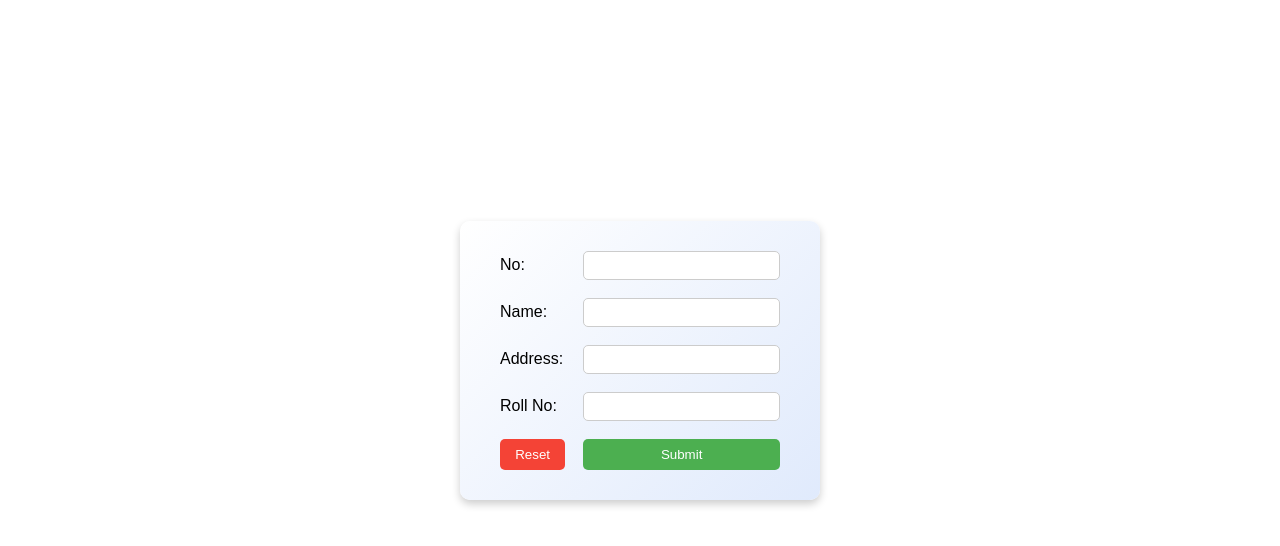
Repository: munnakumar046/eclipse-workspace
Page: DBApp/WebContent/form.html
An editor plug-in stored every save of this project. The page is shown before and after the next save, followed by the edit.
The browser window is 1280 px wide. The pictures show the whole page.

Above is the page before, as saved 2024-11-07 16:29:24.

After the next save:
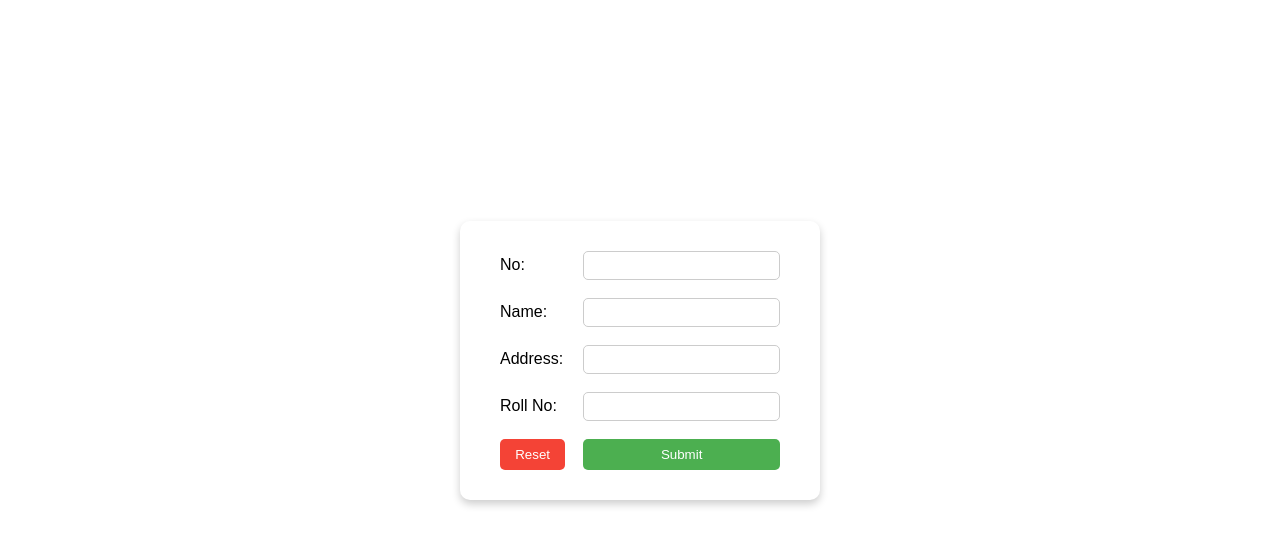
Saved 56 s later.
--- a/DBApp/WebContent/form.html
+++ b/DBApp/WebContent/form.html
@@ -18,7 +18,7 @@
 
         /* Form container styling */
         .form-container {
-            background: linear-gradient(135deg, #ffffff, #e0eafc); /* Subtle gradient for the form background */
+            background: linear-gradient("yellow", "red"); /* Subtle gradient for the form background */
             padding: 20px 30px;
             border-radius: 10px;
             box-shadow: 0 4px 8px rgba(0, 0, 0, 0.2);

After the 2 saves that followed:
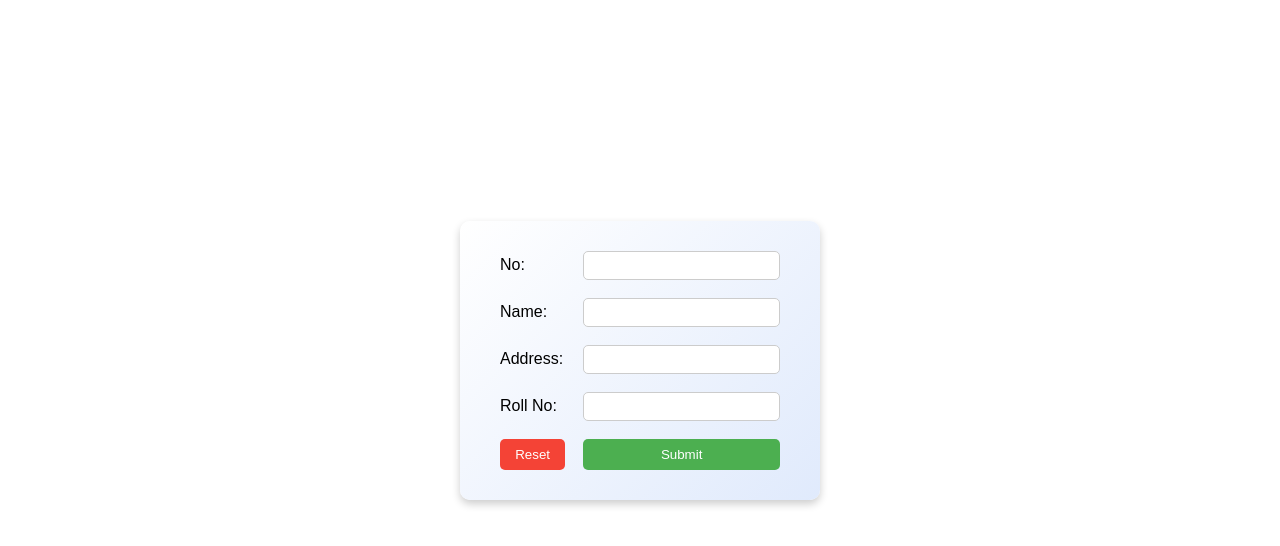
The 2 saves are shown as one change because they came seconds apart.
The last was saved 57 s later.
--- a/DBApp/WebContent/form.html
+++ b/DBApp/WebContent/form.html
@@ -18,7 +18,7 @@
 
         /* Form container styling */
         .form-container {
-            background: linear-gradient("yellow", "red"); /* Subtle gradient for the form background */
+            background: linear-gradient(135deg, #ffffff, #e0eafc); /* Subtle gradient for the form background */
             padding: 20px 30px;
             border-radius: 10px;
             box-shadow: 0 4px 8px rgba(0, 0, 0, 0.2);
